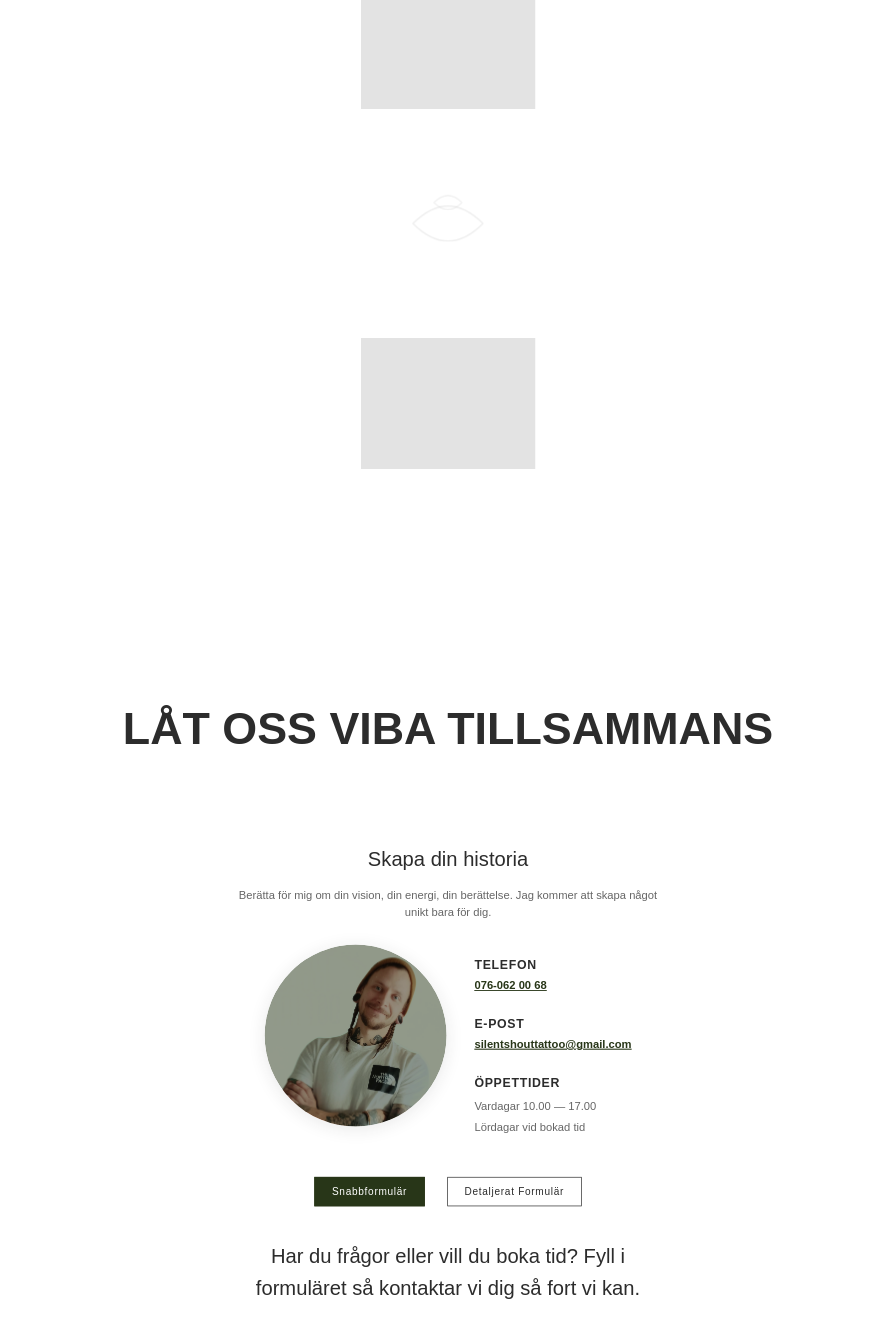
Repository: public-websites/silentshouttattoose
Page: index.html
These files come from the project's save history. The page is drawn as it stood at one moment and after a run of saves; the edit follows.
The browser window is 1280 px wide. The pictures show the part of the page from y = 2976 to 4896 px (the page is 7220 px tall before and 6988 px after), at 70% of full size.
Pictures or frames that could not be fetched are drawn as grey boxes.

Above is the page before, as saved 2025-06-27 11:28:24.

### index.html
<!DOCTYPE html>
<html lang="sv">
<head>
    <meta charset="UTF-8">
    <meta name="viewport" content="width=device-width, initial-scale=1.0">
    <title>Silent Shout - Den omtänksamma studion</title>
    <link rel="stylesheet" href="styles.css">
</head>
<body>
    <header class="social-header">
        <div class="container">
            <div class="social-icons">
                <a href="https://instagram.com" target="_blank" class="social-icon" aria-label="Instagram">
                    <svg viewBox="0 0 24 24" fill="currentColor">
                        <path d="M12 2.163c3.204 0 3.584.012 4.85.07 3.252.148 4.771 1.691 4.919 4.919.058 1.265.069 1.645.069 4.849 0 3.205-.012 3.584-.069 4.849-.149 3.225-1.664 4.771-4.919 4.919-1.266.058-1.644.07-4.85.07-3.204 0-3.584-.012-4.849-.07-3.26-.149-4.771-1.699-4.919-4.92-.058-1.265-.07-1.644-.07-4.849 0-3.204.013-3.583.07-4.849.149-3.227 1.664-4.771 4.919-4.919 1.266-.057 1.645-.069 4.849-.069zm0-2.163c-3.259 0-3.667.014-4.947.072-4.358.2-6.78 2.618-6.98 6.98-.059 1.281-.073 1.689-.073 4.948 0 3.259.014 3.668.072 4.948.2 4.358 2.618 6.78 6.98 6.98 1.281.058 1.689.072 4.948.072 3.259 0 3.668-.014 4.948-.072 4.354-.2 6.782-2.618 6.979-6.98.059-1.28.073-1.689.073-4.948 0-3.259-.014-3.667-.072-4.947-.196-4.354-2.617-6.78-6.979-6.98-1.281-.059-1.69-.073-4.949-.073zm0 5.838c-3.403 0-6.162 2.759-6.162 6.162s2.759 6.163 6.162 6.163 6.162-2.759 6.162-6.163c0-3.403-2.759-6.162-6.162-6.162zm0 10.162c-2.209 0-4-1.79-4-4 0-2.209 1.791-4 4-4s4 1.791 4 4c0 2.21-1.791 4-4 4zm6.406-11.845c-.796 0-1.441.645-1.441 1.44s.645 1.44 1.441 1.44c.795 0 1.439-.645 1.439-1.44s-.644-1.44-1.439-1.44z"/>
                    </svg>
                </a>
                <a href="https://facebook.com" target="_blank" class="social-icon" aria-label="Facebook">
                    <svg viewBox="0 0 24 24" fill="currentColor">
                        <path d="M24 12.073c0-6.627-5.373-12-12-12s-12 5.373-12 12c0 5.99 4.388 10.954 10.125 11.854v-8.385H7.078v-3.47h3.047V9.43c0-3.007 1.792-4.669 4.533-4.669 1.312 0 2.686.235 2.686.235v2.953H15.83c-1.491 0-1.956.925-1.956 1.874v2.25h3.328l-.532 3.47h-2.796v8.385C19.612 23.027 24 18.062 24 12.073z"/>
                    </svg>
                </a>
                <a href="mailto:info@inksoul.se" class="social-icon" aria-label="Email">
                    <svg viewBox="0 0 24 24" fill="currentColor">
                        <path d="M20 4H4c-1.1 0-1.99.9-1.99 2L2 18c0 1.1.9 2 2 2h16c1.1 0 2-.9 2-2V6c0-1.1-.9-2-2-2zm0 4l-8 5-8-5V6l8 5 8-5v2z"/>
                    </svg>
                </a>
            </div>
            <a href="#boka-tid" class="cta-header-button">Boka tid</a>
        </div>
    </header>

    <section class="hero">
        <div class="container">
            <div class="hero-text">

                <p class="hero-quote">Affordable Quality Tattoos</p>
                <img src="silentshouttattoo-outline.svg" alt="Silent Shout Tattoo Logo" class="studio-logo">
                <p class="studio-tagline">Affordable Quality Tattoos</p>
                <p class="location">Tatueringsartist & konstnär baserad i Alingsås</p>
                <a href="#boka-tid" class="cta-button">Skicka förfrågan</a>
            </div>
        </div>
    </section>

    <section class="story-section">
        <div class="container">
            <div class="story-content fade-in">
                <p class="story-text">
                    Tatueringsstudion Silent Shout är något utöver det vanliga. En säker, trygg och avslappnande plats där du som kund alltid står i fokus.
                </p>
                <p class="story-text">
                    Här hittar ni tatueraren och konstnären Kjell Saxberg, kanske mer bekant som "kjell_karamell" en tatuerare med rötterna i den "gammal skolan" där konstnärlig mångsidighet var ett krav för att få ta plats i branschen.
                </p>
                <p class="story-highlight">
                    Kjell har tatuerat sedan 2008 men inte professionellt förs än 2012.
Med all den erfarenheten som han har samlat på sig under årens gång har han ett alldeles unikt sätt att se och röra sig inom tatueringskonstens värld.
Den 29e juni 2024 öppnades dörrarna på Norra Strömgatan 13A i Alingsås upp till Silent Shout Tattoo. <br>
Varmt välkommen in till en innre vision av tatuering och dess trollbindande värld.

                </p>
            </div>
        </div>
    </section>

    <section class="large-text-section">
           <!-- Animated GIF Element -->
        <div class="animated-gif">
            <img src="https://media2.giphy.com/media/v1.Y2lkPTc5MGI3NjExbzJpbTR2cWllN2oxamhwMTZ6MjFmYzZ1czZ1b2Y0cXg3MmRrZDRkbiZlcD12MV9pbnRlcm5hbF9naWZfYnlfaWQmY3Q9Zw/3ohs7UJi7uqAcquQoM/giphy.gif" alt="Animated line drawing" />
        </div>
        <div class="container">
            <h2 class="large-text split fade-in">
                Känsligt
            </h2>
        </div>


    </section>

    <section class="philosophy-section">
        <div class="container">
            <p class="philosophy-text fade-in">
                Tatueringsstudion Silent Shout är något utöver det vanliga. En säker, trygg och avslappnande plats där du som kund alltid står i fokus.
            </p>
        </div>
    </section>

    <section class="large-text-section">
        <div class="container">
            <h2 class="large-text split fade-in">
                Eftervård
            </h2>
        </div>

        <!-- Animated GIF Element -->
        <div class="animated-gif">
            <img src="https://media1.giphy.com/media/v1.Y2lkPTc5MGI3NjExb3oyNzAwYWVybXM2d2RmM2xxcXA2eDIxanVuOTFydTJiaXpoYngzOSZlcD12MV9pbnRlcm5hbF9naWZfYnlfaWQmY3Q9Zw/7rZOPP0VYSgWdVHQiv/giphy.gif" alt="Animated line drawing 2" />
        </div>

        <!-- Animated SVG Drawing Element -->
        <div class="animated-drawing">
            <svg viewBox="0 0 200 200" xmlns="http://www.w3.org/2000/svg">
                <path d="M50,100 Q100,50 150,100 Q100,150 50,100" />
                <path d="M80,70 Q100,90 120,70 Q100,50 80,70" />
                <path d="M80,130 Q100,110 120,130 Q100,150 80,130" />
                <path d="M100,80 L100,120 M80,100 L120,100" />
            </svg>
        </div>

  <!-- Animated GIF Element -->
        <div class="animated-gif">
            <img src="https://media1.giphy.com/media/v1.Y2lkPTc5MGI3NjExb3oyNzAwYWVybXM2d2RmM2xxcXA2eDIxanVuOTFydTJiaXpoYngzOSZlcD12MV9pbnRlcm5hbF9naWZfYnlfaWQmY3Q9Zw/7rZOPP0VYSgWdVHQiv/giphy.gif" alt="Animated line drawing 2" />
        </div>


    </section>

    <section class="booking-section" id="booking">
        <div class="container">
            <h2 class="booking-title fade-in">Låt oss viba tillsammans</h2>
            <div class="form-container fade-in">
                <div class="form-intro">
                    <h3>Skapa din historia</h3>
                    <p>Berätta för mig om din vision, din energi, din berättelse. Jag kommer att skapa något unikt bara för dig.</p>
                </div>

                <!-- Profil och kontaktinfo sida vid sida -->
                <div class="profile-contact-row">
                    <div class="profile-image-wrapper">
                        <img src="profile.jpg" alt="Silent Shout Tattoo Artist" class="profile-image">
                    </div>
                    <div class="profile-contact-info">
                        <div class="contact-info-section">
                            <h4>Telefon</h4>
                            <p><a href="tel:0760620068">076-062 00 68</a></p>
                        </div>
                        <div class="contact-info-section">
                            <h4>E-post</h4>
                            <p><a href="mailto:silentshouttattoo@gmail.com">silentshouttattoo@gmail.com</a></p>
                        </div>
                        <div class="opening-hours">
                            <h4>Öppettider</h4>
                            <p>Vardagar 10.00 — 17.00</p>
                            <p>Lördagar vid bokad tid</p>
                        </div>
                    </div>
                </div>

                <!-- Form Toggle Buttons -->
                <div class="form-toggle">
                    <button class="toggle-btn active" data-form="custom">Snabbformulär</button>
                    <button class="toggle-btn" data-form="google">Detaljerat Formulär</button>
                </div>

                <!-- Custom Form -->
                <form class="custom-form" id="contactForm" method="POST" action="/send-email">
                    <div class="form-intro">
                        <h3 id="boka-tid">Har du frågor eller vill du boka tid? Fyll i formuläret så kontaktar vi dig så fort vi kan.</h3>
                    </div>

                    <div class="form-fields">
                        <div class="form-row">
                            <div class="form-group">
                                <input type="text" id="name" name="name" placeholder="Namn" required>
                            </div>

                            <div class="form-group">
                                <input type="email" id="email" name="email" placeholder="E-post" required>
                            </div>
                        </div>

                        <div class="form-row">
                            <div class="form-group">
                                <input type="tel" id="phone" name="phone" placeholder="Telefon" required>
                            </div>

                            <div class="form-group">
                                <textarea id="message" name="message" rows="4" placeholder="Meddelande"></textarea>
                            </div>
                        </div>

                        <div class="checkbox-group">
                            <input type="checkbox" id="privacy" name="privacy" required>
                            <label for="privacy">
                                Jag accepterar <a href="#" target="_blank">Hantering av personuppgifter</a>
                            </label>
                        </div>

                        <button type="submit" class="submit-button">SKICKA</button>
                    </div>
                </form>

                <!-- Google Forms Container -->
                <div class="google-form-container" style="display: none;">
                    <div class="form-loading" id="formLoading">
                        <div class="spinner"></div>
                        <p>laddar formulär...</p>
                    </div>

                    <iframe
                        src="https://docs.google.com/forms/d/e/1FAIpQLSe5F3VtygnRylmXwHNeTswBMIdDoRpoEf7FgPYu2_uIHeA4zQ/viewform?embedded=true&vc=0&c=0&w=1&flr=0"
                        frameborder="0"
                        marginheight="0"
                        marginwidth="0"
                        onload="hideLoading()"
                        style="display: none;"
                        id="bookingForm">
                        Laddar...
                    </iframe>
                </div>
            </div>
        </div>
    </section>

    <section class="stories-section">
        <div class="container">
            <h2 class="stories-title fade-in">Sagt om Kjell</h2>

            <div class="story-card fade-in">
                <p>
                    💚"Nostalgifestivalen 2025 och där står Kjell med ett antal motiv. Hittar ett underbart motiv men är känd för att behöva flera år för att bestämma mig. Plötsligt händer det, jag gör min tatuering!
Härlig person är han, Kjell. Tusen tack för ett fint samtal under resans gång och inte minst för en fantastiskt fin tatuering. Är så nöjd!"💚
                </p>
            </div>

            <div class="story-card fade-in">
                <p>
                    💚"Kjell är en fantastiskt duktig, trevlig och professionell tatuerare. Hans kärlek till denna konstform lyser verkligen igenom.
Alltid mycket god stämning i studion, trevlig att prata med, tar väl hand om sina kunder och lyssnar och löser önskemål enkelt.
Duktig på customs och har mängder av fina flashmotiv.

Kan rekommendera alla ett besök hos Kjell, vare sig en vill ha något stort eller litet, avancerat eller enkelt."💚
                </p>
            </div>
        </div>
    </section>

    <footer class="social-footer">
        <div class="container">
            <img src="silentshouttattoo-infill-white.svg" alt="Silent Shout Tattoo Logo" class="studio-logo">
            <h2 class="contact-title"></h2>
            <div class="contact-info">
                <p><a href="mailto:silentshouttattoo@gmail.com">silentshouttattoo@gmail.com</a></p>
                <p><a href="tel:0760620068">076-062 00 68</a></p>
                <p>Norra Strömgatan 13A, Alingsås</p>
                <br>
                <p style="padding-bottom: 1.5em;"><a href="https://instagram.com" target="_blank">Följ uppdateringar på Instagram för gästplatser</a></p>
            </div>
            <div class="social-icons">
                <a href="https://instagram.com" target="_blank" class="social-icon" aria-label="Instagram">
                    <svg viewBox="0 0 24 24" fill="currentColor">
                        <path d="M12 2.163c3.204 0 3.584.012 4.85.07 3.252.148 4.771 1.691 4.919 4.919.058 1.265.069 1.645.069 4.849 0 3.205-.012 3.584-.069 4.849-.149 3.225-1.664 4.771-4.919 4.919-1.266.058-1.644.07-4.85.07-3.204 0-3.584-.012-4.849-.07-3.26-.149-4.771-1.699-4.919-4.92-.058-1.265-.07-1.644-.07-4.849 0-3.204.013-3.583.07-4.849.149-3.227 1.664-4.771 4.919-4.919 1.266-.057 1.645-.069 4.849-.069zm0-2.163c-3.259 0-3.667.014-4.947.072-4.358.2-6.78 2.618-6.98 6.98-.059 1.281-.073 1.689-.073 4.948 0 3.259.014 3.668.072 4.948.2 4.358 2.618 6.78 6.98 6.98 1.281.058 1.689.072 4.948.072 3.259 0 3.668-.014 4.948-.072 4.354-.2 6.782-2.618 6.979-6.98.059-1.28.073-1.689.073-4.948 0-3.259-.014-3.667-.072-4.947-.196-4.354-2.617-6.78-6.979-6.98-1.281-.059-1.69-.073-4.949-.073zm0 5.838c-3.403 0-6.162 2.759-6.162 6.162s2.759 6.163 6.162 6.163 6.162-2.759 6.162-6.163c0-3.403-2.759-6.162-6.162-6.162zm0 10.162c-2.209 0-4-1.79-4-4 0-2.209 1.791-4 4-4s4 1.791 4 4c0 2.21-1.791 4-4 4zm6.406-11.845c-.796 0-1.441.645-1.441 1.44s.645 1.44 1.441 1.44c.795 0 1.439-.645 1.439-1.44s-.644-1.44-1.439-1.44z"/>
                    </svg>
                </a>
                <a href="https://facebook.com" target="_blank" class="social-icon" aria-label="Facebook">
                    <svg viewBox="0 0 24 24" fill="currentColor">
                        <path d="M24 12.073c0-6.627-5.373-12-12-12s-12 5.373-12 12c0 5.99 4.388 10.954 10.125 11.854v-8.385H7.078v-3.47h3.047V9.43c0-3.007 1.792-4.669 4.533-4.669 1.312 0 2.686.235 2.686.235v2.953H15.83c-1.491 0-1.956.925-1.956 1.874v2.25h3.328l-.532 3.47h-2.796v8.385C19.612 23.027 24 18.062 24 12.073z"/>
                    </svg>
                </a>
                <a href="mailto:info@inksoul.se" class="social-icon" aria-label="Email">
                    <svg viewBox="0 0 24 24" fill="currentColor">
                        <path d="M20 4H4c-1.1 0-1.99.9-1.99 2L2 18c0 1.1.9 2 2 2h16c1.1 0 2-.9 2-2V6c0-1.1-.9-2-2-2zm0 4l-8 5-8-5V6l8 5 8-5v2z"/>
                    </svg>
                </a>
            </div>
        </div>
    </footer>

    <script src="script.js"></script>
</body>
</html>

Loaded but not shown: script.js (103 lines, source omitted); styles.css (906 lines, source omitted)

After the next 2 saves:
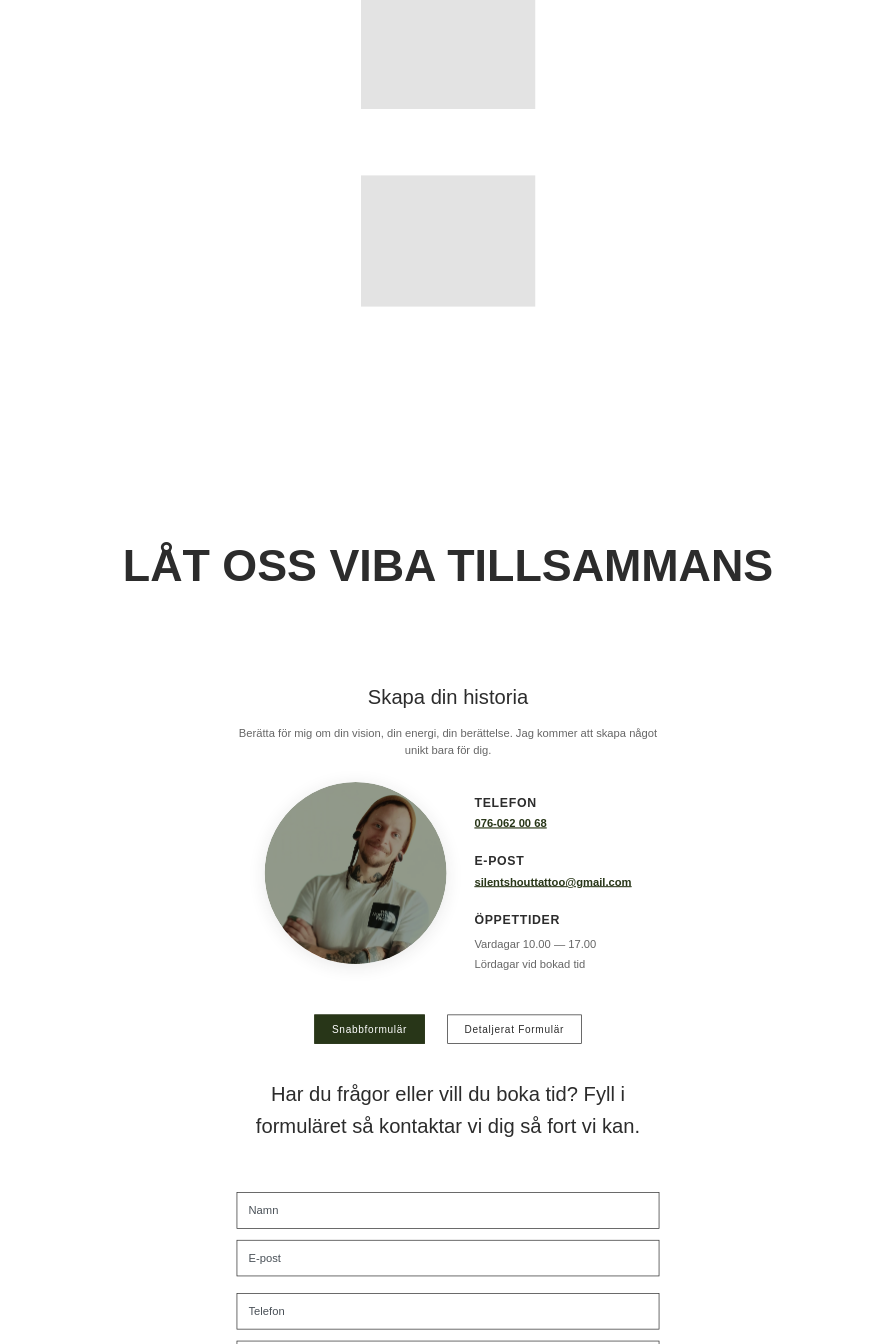
The 2 saves are shown as one change because they came seconds apart.
The last was saved 25 s later.
--- a/index.html
+++ b/index.html
@@ -97,7 +97,7 @@
             <img src="https://media1.giphy.com/media/v1.Y2lkPTc5MGI3NjExb3oyNzAwYWVybXM2d2RmM2xxcXA2eDIxanVuOTFydTJiaXpoYngzOSZlcD12MV9pbnRlcm5hbF9naWZfYnlfaWQmY3Q9Zw/7rZOPP0VYSgWdVHQiv/giphy.gif" alt="Animated line drawing 2" />
         </div>
 
-        <!-- Animated SVG Drawing Element -->
+        <!-- Animated SVG Drawing Element
         <div class="animated-drawing">
             <svg viewBox="0 0 200 200" xmlns="http://www.w3.org/2000/svg">
                 <path d="M50,100 Q100,50 150,100 Q100,150 50,100" />
@@ -106,6 +106,7 @@
                 <path d="M100,80 L100,120 M80,100 L120,100" />
             </svg>
         </div>
+        -->
 
   <!-- Animated GIF Element -->
         <div class="animated-gif">
